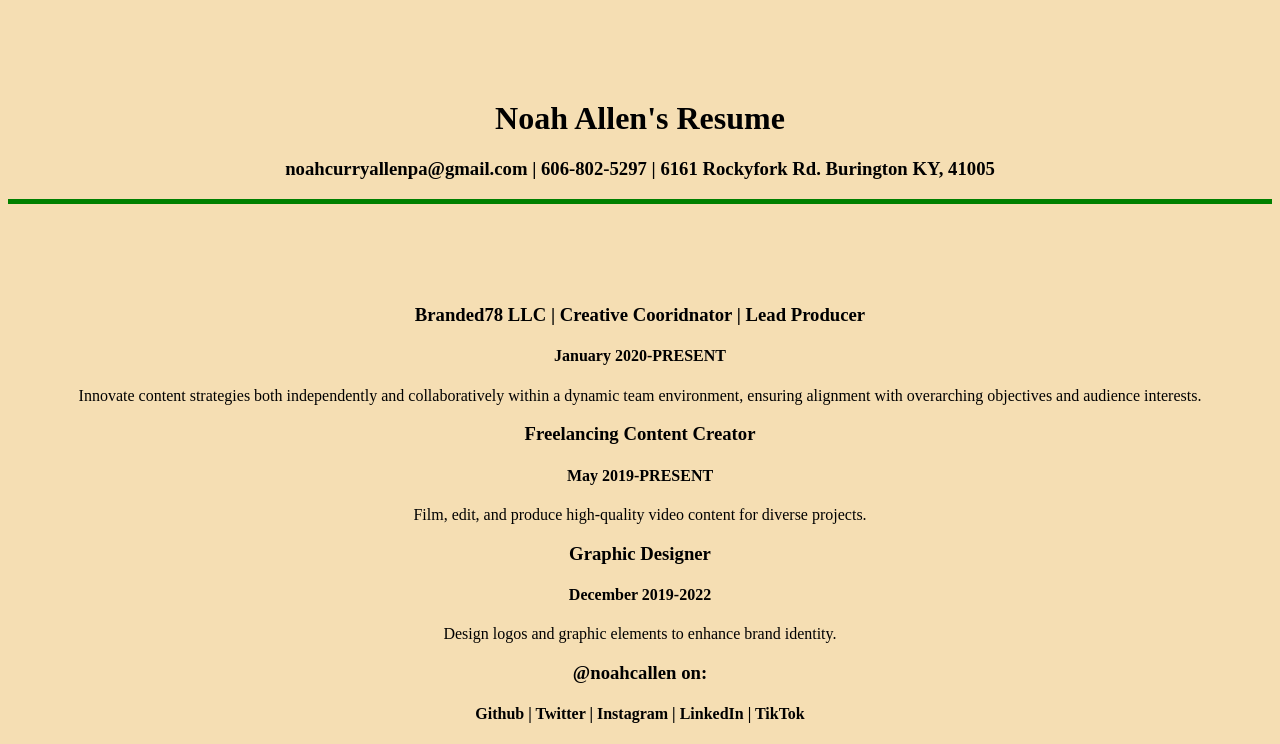
Repository: noahcallen/LAB-HTML-Resume
Page: index.html
An editor plug-in stored every save of this project. The page is shown before and after the next save, followed by the edit.
The browser window is 1280 px wide. The pictures show the whole page.

Above is the page before, as saved 2024-07-08 21:45:43.

### index.html
<!DOCTYPE html>
<html lang="en">
<head>
  <meta charset="UTF-8">
  <meta name="viewport" content="width=device-width, initial-scale=1.0">
  <title>Document</title>
  <link rel="stylesheet" href="main.css">
</head>
<body>

  <div class="HEADER">
  <!--HEADER-->
  <h1>Noah Allen's Resume</h1>
  <h3> noahcurryallenpa@gmail.com | 606-802-5297 | 6161 Rockyfork Rd. Burington KY, 41005</h3>
<!--END HEADER-->
  </div>

  <article id="Job1">
    <h3>Branded78 LLC | Creative Cooridnator | Lead Producer</h3>
    <h4>January 2020-PRESENT</h4>
    <section>
      <p>Innovate content strategies both independently and collaboratively within a dynamic team environment, ensuring alignment with overarching objectives and audience interests.</p>
    </section>
  </article>

  <article id="Job2">
    <h3>Freelancing Content Creator</h3>
    <h4>May 2019-PRESENT</h4>
    <section>
      <p>Film, edit, and produce high-quality video content for diverse projects.</p>
    </section>
  </article>

  <article id="Job3">
    <h3>Graphic Designer</h3>
    <h4>December 2019-2022</h4>
    <section>
      <p>Design logos and graphic elements to enhance brand identity.</p>
    </section>
  </article>

  <div class="FOOTER">
    <!-- FOOTER-->
     <h3>@noahcallen on:</h3>
     <h4>Github | Twitter | Instagram | LinkedIn | TikTok</h4>
    <!-- FOOTER-->
  </div>



  <script src="main.js"></script>
</body>
</html>

### main.css
body {
  background-color: wheat;
  text-align: center;
}

.HEADER {
  margin: 100px 0px 100px 0px;
  border-bottom: solid 5px green;
}

Loaded but not shown: main.js (no stored copy; drawn as an empty file)

After the next save:
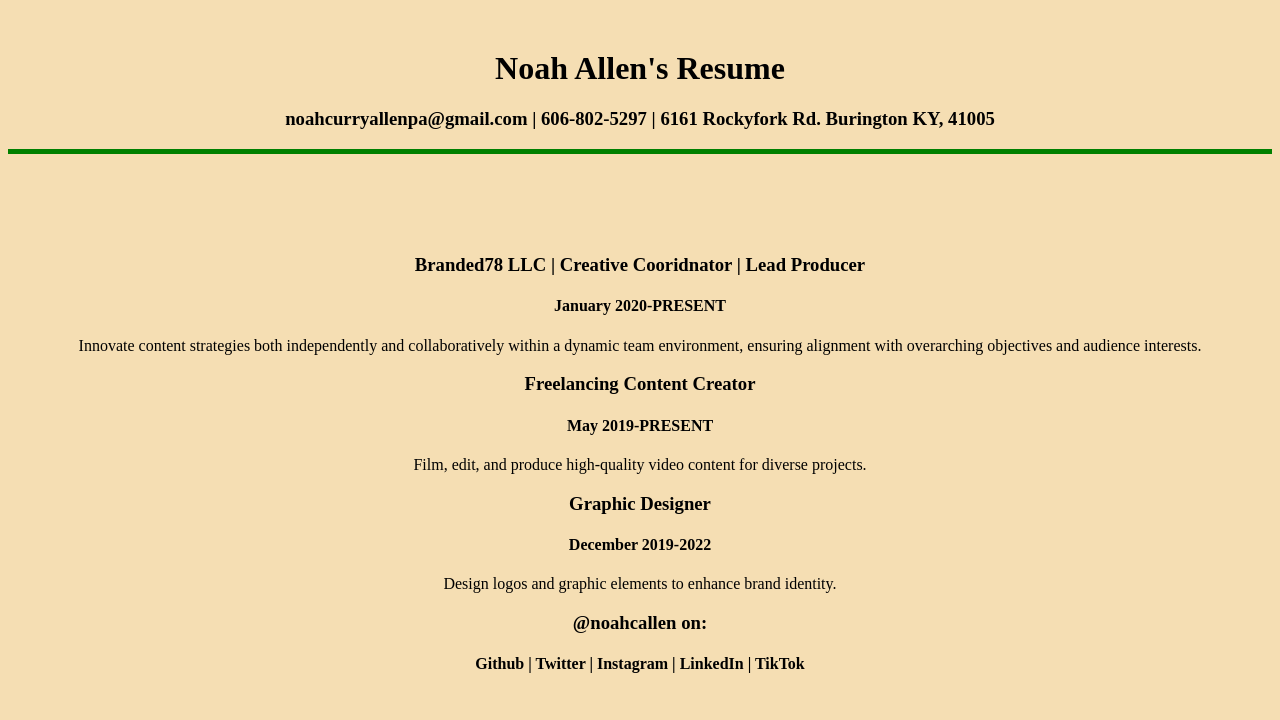
Saved 22 s later.
--- a/main.css
+++ b/main.css
@@ -4,6 +4,6 @@
 }
 
 .HEADER {
-  margin: 100px 0px 100px 0px;
+  margin: 50px 0px 100px 0px;
   border-bottom: solid 5px green;
 }
